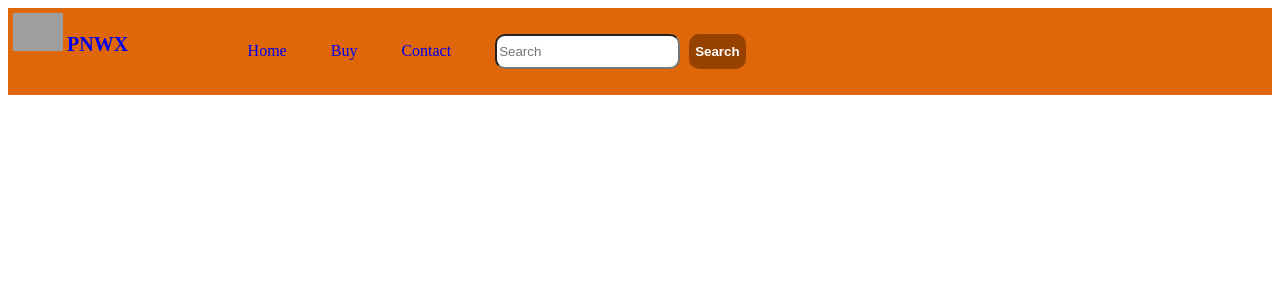
Repository: meiming24/meiming24.github.io
Page: index.html
These files come from the project's save history. The page is drawn as it stood at one moment and after a run of saves; the edit follows.
The browser window is 1280 px wide. The pictures show the whole page.
Pictures or frames that could not be fetched are drawn as grey boxes.

Above is the page before, as saved 2022-05-09 19:27:41.

### index.html
<!DOCTYPE html>
<html lang="en">
<head>
    <meta charset="UTF-8">
    <meta http-equiv="X-UA-Compatible" content="IE=edge">
    <meta name="viewport" content="width=device-width, initial-scale=1.0">
    <title>Pacific Northwest X-Ray</title>
    <link rel="stylesheet" href="index.css" />
</head>
<body>
    <div class="container">

        <div class="logo">
            <img src="https://i.postimg.cc/hG3zmBz9/xray.png" alt="logo">
            <a href="#">PNWX</a>
        </div>

        <div class="nav-bar">
            <nav>
                <ul>
                    <li>
                        <a href="#">Home</a>
                    </li>

                    <li>
                        <a href="#">Buy</a>
                    </li>

                    <li>
                        <a href="#">Contact</a>
                    </li>

                    <li>
                        <form class="d-flex">
                            <input type="search" placeholder="Search"/>
                            <button type="submit">Search</button>
                        </form>
                    </li>

                </ul>


            </nav>



        </div>



    </div>

    <div class="content">

        <div class="item">

        </div>

        <div class="item">

        </div>

        <div class="item">

        </div>

    </div>
</body>
</html>

### index.css
.container {
    display: flex;
    flex-flow: row wrap;
    background-color: #df6609;
}

.container > * {
    padding: 0px;
    margin: 0PX;
    box-sizing: border-box;
}

.logo {
    flex-basis: 15%;
    font-weight: 600;
    text-decoration: none;
    padding: 5px;
    display: inline-block;
}

.logo > img {
    width: 50px;
}

.logo > a {
    text-decoration: none;
    font-size: 20px;
}

.nav-bar {
    display: flex;
    align-items: center;
}

.nav-bar > nav {
    flex: 100%;
    text-align: left;
}

.nav-bar > nav ul {
    display: inline-block;
    list-style-type: none;
}

.nav-bar > nav ul li{
    display: inline-block;
    margin-right: 20px;
    padding: 10px;
}

.nav-bar > nav ul li a{
    text-decoration: none;
    border-bottom-style: none;
}

.nav-bar > nav ul li:hover{
    background-color: #b34f03;
}

.nav-bar > nav ul li form input {
    height: 35px;
    border-radius: 10px;
    margin-right: 5px;
}

.nav-bar > nav ul li form button {
    height: 35px;
    border-radius: 10px;
    border-style: none;
    font-weight: 600;
    color: #fff;
    background: #984200;
}

.nav-bar > nav ul li form button:hover {
    background: #4e2201;
}

After the next 2 saves:
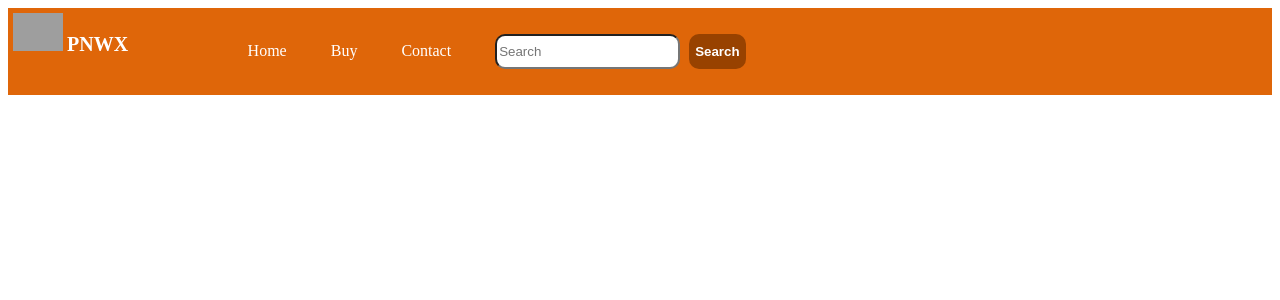
The 2 saves are shown as one change because they came seconds apart.
The last was saved 25 s later.
--- a/index.css
+++ b/index.css
@@ -25,6 +25,7 @@
 .logo > a {
     text-decoration: none;
     font-size: 20px;
+    color: #fff;
 }
 
 .nav-bar {
@@ -51,6 +52,7 @@
 .nav-bar > nav ul li a{
     text-decoration: none;
     border-bottom-style: none;
+    color: #fff;
 }
 
 .nav-bar > nav ul li:hover{
